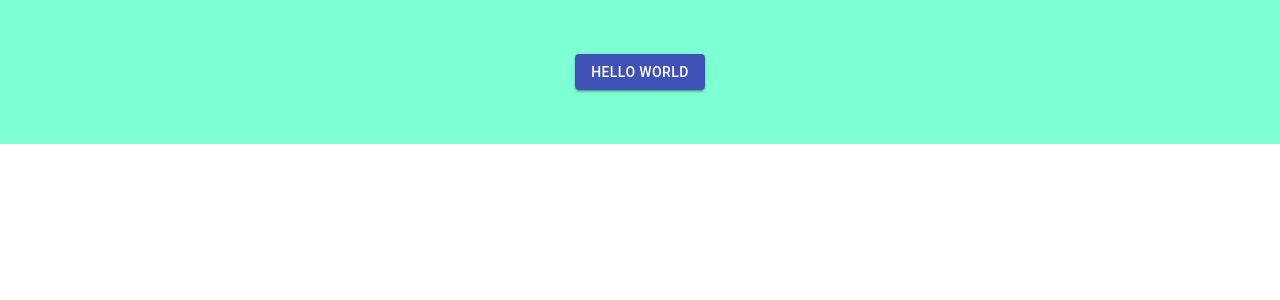
Repository: ogigg/react-Lenny-generator
Page: / (app in lenny-generator/)
The author's editor kept a copy of each file at every save. The page is drawn from the files as they stood at one save, then again after a run of saves.
The browser window is 1280 px wide. The pictures show the whole page.
The project was rebuilt for these pictures with package versions that can differ from the ones it lists, and the page was loaded fresh each time.

Above is the page before, as saved 2019-12-12 01:17:47.

### lenny-generator/src/App.js
import React, { Component } from "react";
import './App.css';
import { makeStyles } from '@material-ui/core/styles';
import Card from '@material-ui/core/Card';
import CardActions from '@material-ui/core/CardActions';
import CardContent from '@material-ui/core/CardContent';
import Button from '@material-ui/core/Button';
import Typography from '@material-ui/core/Typography';
class App extends Component {
  constructor(props) {
    super(props);
    this.state = {
      input: ''
    };
  }
  render(){
  return (
    <div className="menu-wrapper">
      <Button variant="contained" color="primary">
      Hello World
      </Button>
    </div>

  );
  }
}

export default App;

### lenny-generator/src/App.css
.menu-wrapper{
  background-color: aquamarine;
  height: 20vh;
  width: 100vw;
  display: flex;
  align-items: center;
  justify-content: center;
}

Loaded but not shown: lenny-generator/public/index.html (common file); lenny-generator/src/index.js (common file); lenny-generator/src/index.css (common file); lenny-generator/src/serviceWorker.js (common file)

After the next 4 saves:
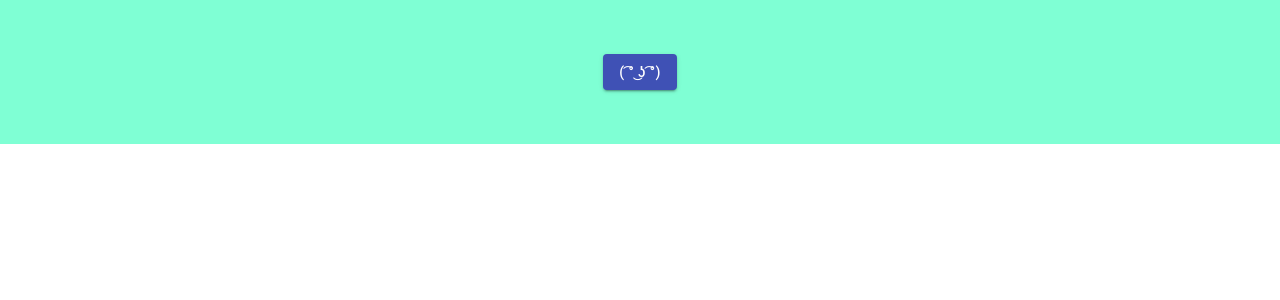
The 4 saves are shown as one change because 3 did not build or start.
The last was saved 2 min 20 s later.
--- a/lenny-generator/src/App.js
+++ b/lenny-generator/src/App.js
@@ -1,23 +1,19 @@
 import React, { Component } from "react";
+import Button from "@material-ui/core/Button"
 import './App.css';
-import { makeStyles } from '@material-ui/core/styles';
-import Card from '@material-ui/core/Card';
-import CardActions from '@material-ui/core/CardActions';
-import CardContent from '@material-ui/core/CardContent';
-import Button from '@material-ui/core/Button';
-import Typography from '@material-ui/core/Typography';
+
 class App extends Component {
   constructor(props) {
     super(props);
     this.state = {
-      input: ''
+      lennyFace : "( ͡° ͜ʖ ͡°)"
     };
   }
   render(){
   return (
     <div className="menu-wrapper">
       <Button variant="contained" color="primary">
-      Hello World
+      {this.state.lennyFace}
       </Button>
     </div>
 
